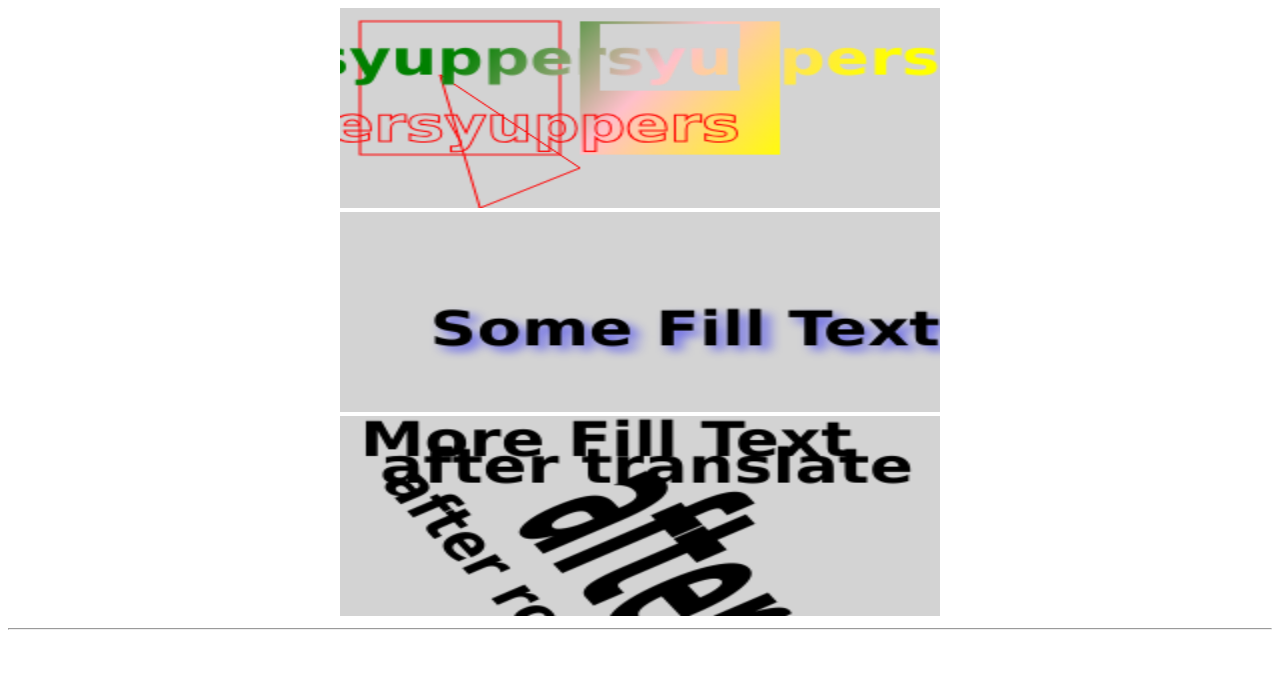
Repository: jksfoTemp/HTML5
Page: default.12.html
The author's editor kept a record of every edit. The page is drawn from the files as they stood at one moment, then again after the next edit.
The browser window is 1280 px wide. The pictures show the whole page.

Above is the page before.
Console error: TypeError: Cannot read properties of null (reading 'getContext')

### default.12.html
<!doctype html>
<html lang="en">
<head>
    <meta charset="utf-8" />
    <title>Default 12, Canvas, gradients, shapes, text, shadows;
    Transformations - translate, rotate, scale; session 36-40; 4:55:54</title>
    <link rel="stylesheet" href="css/default.12.css" />
    <script type="text/javascript" src="js/default.12.js"></script>
</head>

<body>
    <div id="big_wrapper">
        <section id="main">
            <canvas id="canvas1" >
                Hopefully you don't see this but if you do
                please use <a href = "https://www.google.com/intl/en-US/chrome/browser/">Google Chrome </a>
            </canvas>
            <br />
            <canvas id="canvas2" >
                Hopefully you don't see this but if you do
                please use <a href = "https://www.google.com/intl/en-US/chrome/browser/">Google Chrome </a>
            </canvas>
            <br />
            <canvas id="canvas3" >
                Hopefully you don't see this but if you do
                please use <a href = "https://www.google.com/intl/en-US/chrome/browser/">Google Chrome </a>
            </canvas>
        </section>
        <hr />
    </div>
</body>

</html>

### css/default.12.css
body {
    text-align: center;
    background: white;
}

header, section, footer, aside, nav, article, hgroup {
    display: block;
}

#canvas1, #canvas2, #canvas3 {
    width: 600px;
    height: 200px;
    background: lightgrey;
}

### js/default.12.js

// console.log('in js file');

// Using the IIFE pattern to avoid polluting the global scope
( function () {

    function doFirst(){ // canvas1
        // Note that the order in which these occur is important
        // Drawing and gradients
        var obj = document.getElementById('canvas1');
        var canvas1 = obj.getContext('2d');
        var g = canvas1.createLinearGradient (50, 50, 200, 150);
        g.addColorStop(0.0, 'green');
        g.addColorStop(0.5, 'pink');
        g.addColorStop(1, 'yellow');

        canvas1.fillStyle= g; // gradient
        // canvas1.fillStyle='blue'; // fill
        canvas1.strokeStyle='red'; // outline

        canvas1.strokeRect(10, 10, 100, 100);
        canvas1.fillRect(120, 10, 100, 100);
        canvas1.clearRect(130, 12, 70, 50);

        canvas1.beginPath();
        canvas1.moveTo(50, 50); // Starting point
        canvas1.lineTo(70, 150); // draw
        canvas1.lineTo(120, 120); // draw
        canvas1.closePath();
        canvas1.stroke(); // actually draw it

        canvas1.font="bold 36px Tahoma";
        canvas1.textAlign="end";
        canvas1.fillText("yuppersyuppersyuppers", 300, 50);
        canvas1.strokeText("yuppersyuppersyuppers", 200, 100);
    }

    function doSecond (){ // canvas2
        // Text and Shadows
        var obj = document.getElementById('canvas2');
        var canvas2 = obj.getContext('2d');

        canvas2.shadowOffsetX = 4;
        canvas2.shadowOffsetY = 4;
        canvas2.shadowBlur = 6;
        // canvas2.shadowColor = 'blue';
        canvas2.shadowColor = 'rgba(0, 0, 255, .5)';

        canvas2.font = "bold 36px Tahoma";
        canvas2.textAlign = "end";
        canvas2.fillText("Some Fill Text", 300, 100)
    }

    function doThird (){ // canvas3
        // Transformations - translate, rotate, scale
        var obj = document.getElementById('canvas3');
        var canvas3 = obj.getContext('2d');

        canvas3.font = "bold 36px Tahoma";
        canvas3.textAlign = "start";
        canvas3.fillText("More Fill Text", 10, 30)

        canvas3.translate(20, 50);
        canvas3.fillText("after translate", 0, 0)

        canvas3.rotate(1); // in radians 1 radian ~= 57.3 degrees
        canvas3.fillText("after rotate", 0, 0)

        canvas3.scale (1.5, 4);
        canvas3.fillText("after scale", 40, -10)
    }

    function doFourth (){ // canvas4
        // Transformations - translate, rotate, scale
        var obj = document.getElementById('canvas4');
        var canvas4 = obj.getContext('2d');

        canvas4.font = "bold 22px Tahoma";
        canvas4.textAlign = "start";

        canvas4.save();

        canvas4.fillText("After initial save", 10, 30)

        canvas4.rotate(1);
        canvas4.fillText("After rotation", 60, 10)

    }

    window.addEventListener ('load', doFirst, false);
    window.addEventListener ('load', doSecond, false);
    window.addEventListener ('load', doThird, false);
    window.addEventListener ('load', doFourth, false);
})();

After the next edit:
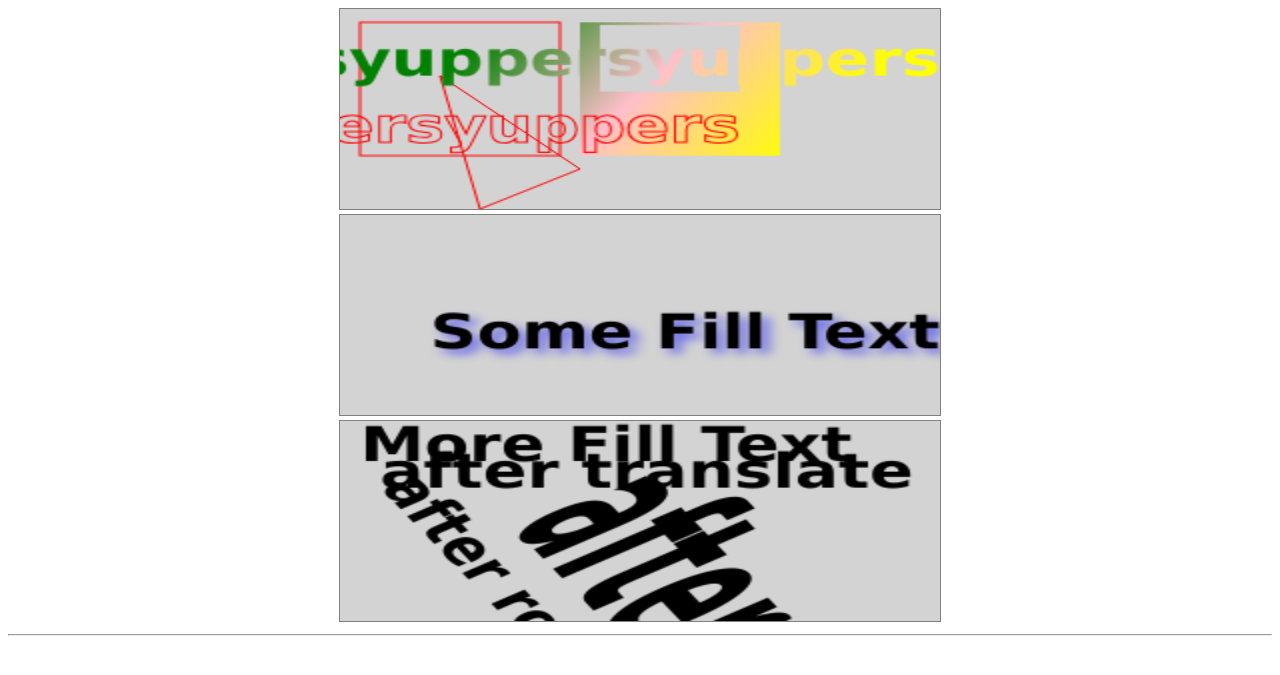
The edit:
--- a/css/default.12.css
+++ b/css/default.12.css
@@ -11,4 +11,5 @@
     width: 600px;
     height: 200px;
     background: lightgrey;
+    border: 1px solid grey;
 }
